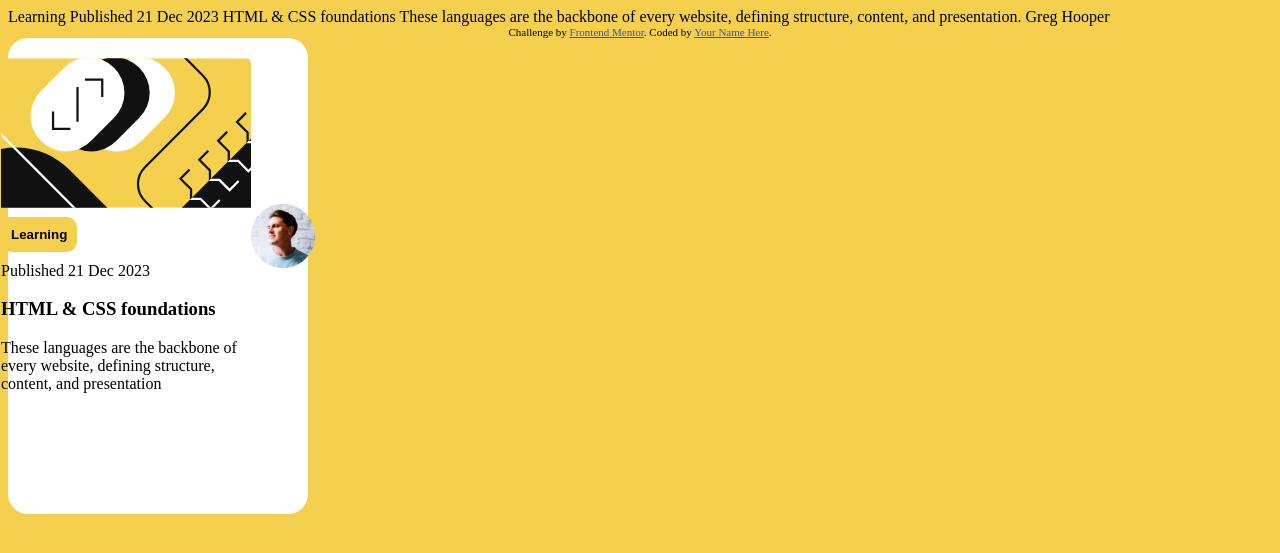
Repository: Dayvid0/FRONTEND_MENTOR_CHALLENGES
Page: index.html
An editor plug-in stored every save of this project. The page is shown before and after the next save, followed by the edit.
The browser window is 1280 px wide. The pictures show the whole page.

Above is the page before, as saved 2025-03-13 13:47:07.

### index.html
<!DOCTYPE html>
<html lang="en">
<head>
  <meta charset="UTF-8">
  <meta name="viewport" content="width=device-width, initial-scale=1.0"> <!-- displays site properly based on user's device -->
  <link rel="icon" type="image/png" sizes="32x32" href="./assets/images/favicon-32x32.png">
  <title>Frontend Mentor | Blog preview card</title>
  <!-- Feel free to remove these styles or customise in your own stylesheet 👍 -->
  <style>
    .attribution { font-size: 11px; text-align: center; }
    .attribution a { color: hsl(228, 45%, 44%); }
    body {
      background-color:hsl(47, 88%, 63%);
    }
    .learning {
      background-color:hsl(47, 88%, 63%) ;
      border: none;
      border-radius: 10px;
      padding: 10px;
      font-weight: bold;
    margin-bottom: 10px;
    }
    .card {
      display:flex;
      justify-content: center;
      align-items: center;
      padding-top: 20px;
      padding-bottom: 100px;
      background-color: white;
      width: 300px;
      border-radius: 20px;
    }
    .img {
      width: 250px;
      border-radius: 5px;
      padding-bottom: 5px;
    }
    .profile {
      display: flex;
    }
  </style>
</head>
<body>
  Learning
  Published 21 Dec 2023
  HTML & CSS foundations
  These languages are the backbone of every website, defining structure, content, and presentation.
  Greg Hooper
  <div class="attribution">
    Challenge by <a href="https://www.frontendmentor.io?ref=challenge" target="_blank">Frontend Mentor</a>.
    Coded by <a href="#">Your Name Here</a>.
  </div>
  <div class="card">
    <div class="img">
      <img class="img" src="/assets/images/illustration-article.svg"
    </div>
    <div class=" button">
      <button class="learning">Learning</button>
    </div>
    <div class="text">Published 21 Dec 2023</div>
    <h3>HTML & CSS foundations</h1>
      <p>These languages are the backbone of every website, defining structure, content, and presentation
  </div>
  <div class="profile">
    <img src="/assets/images/image-avatar.webp"
  </div>
</body>
</html>

After the next save:
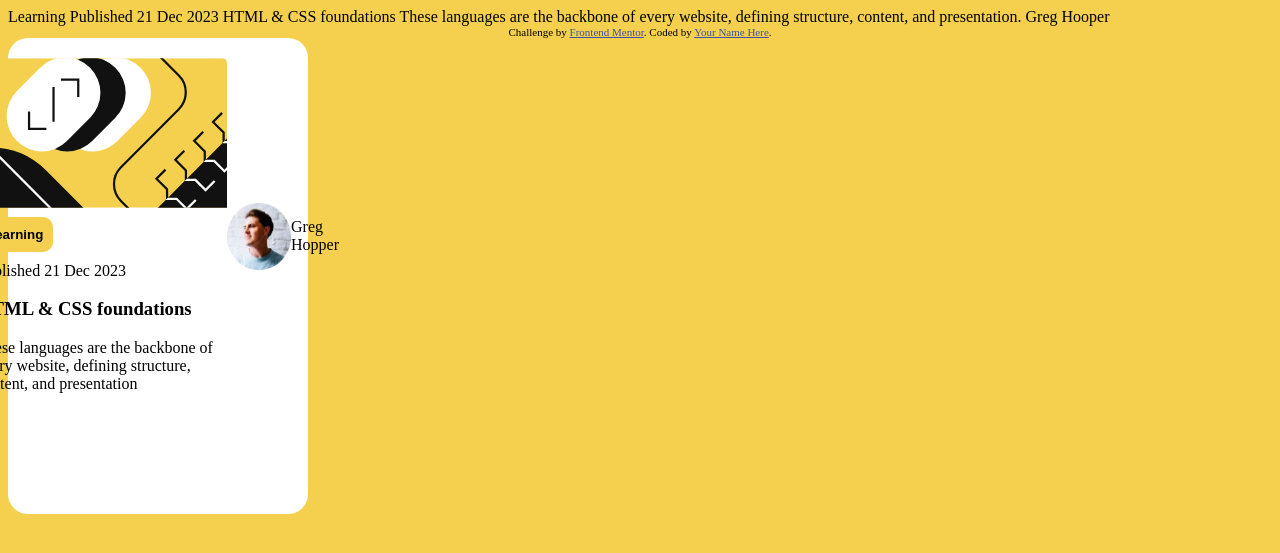
Saved 11 min 48 s later.
--- a/index.html
+++ b/index.html
@@ -62,7 +62,8 @@
       <p>These languages are the backbone of every website, defining structure, content, and presentation
   </div>
   <div class="profile">
-    <img src="/assets/images/image-avatar.webp"
+    <img src="/assets/images/image-avatar.webp">
+    <p>Greg Hopper</p>
   </div>
 </body>
 </html>
